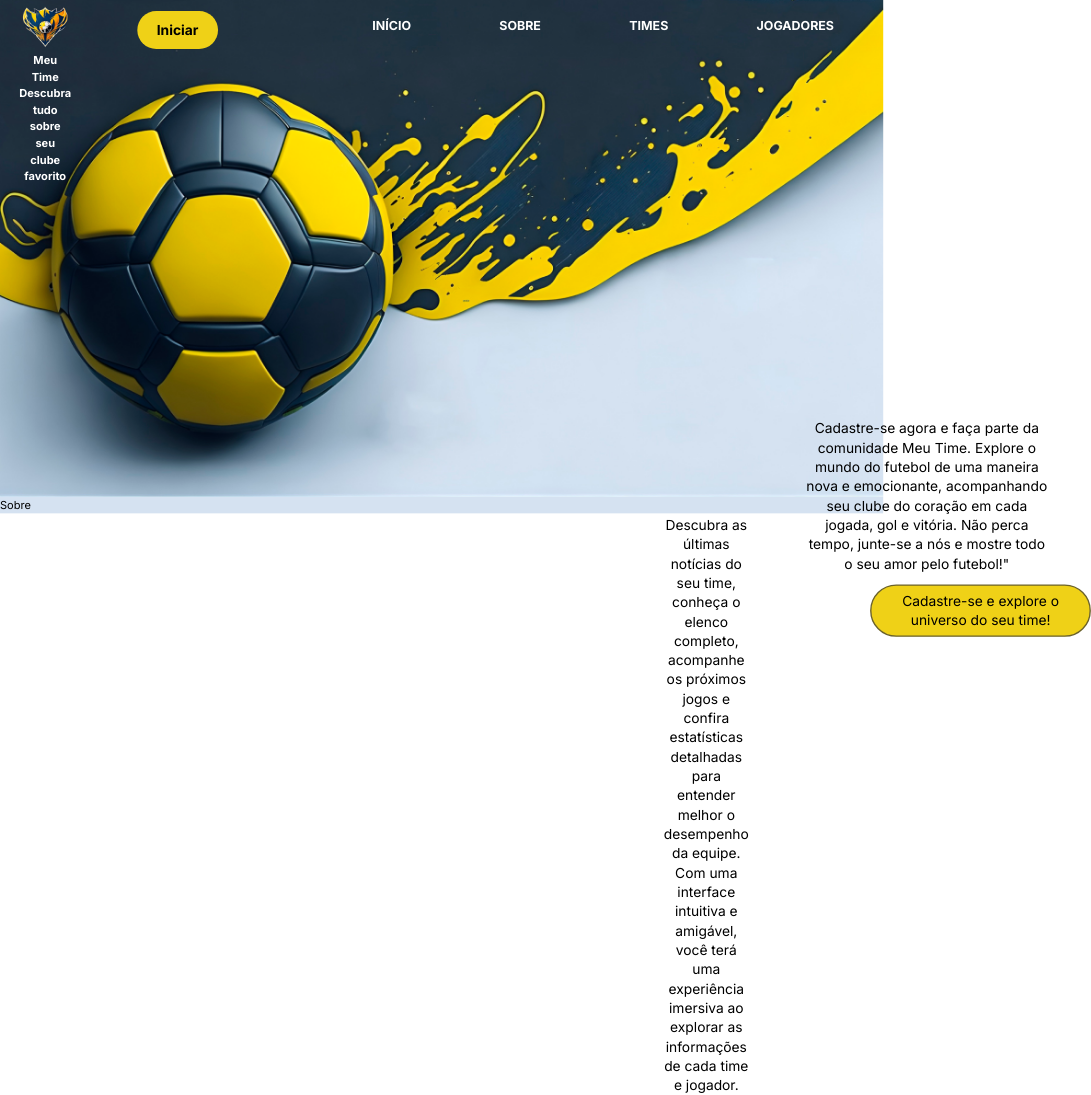
Repository: LuizAGDomingues/MeuTimeApp
Page: /
The author's editor kept a copy of each file at every save. The page is drawn from the files as they stood at one save, then again after a run of saves.
The browser window is 1280 px wide. The page is 1581 px wide, then 1521 px, so the pictures cover 1581 px, including what lies to the right of the window. The pictures show the whole page, at 69% of full size.
The project was rebuilt for these pictures with package versions that can differ from the ones it lists, and the page was loaded fresh each time. The framework's server and built-in components were replaced by stand-ins that run in the browser. Also part of the build but not shown: next.config.js.

Above is the page before, as saved 2023-05-22 14:05:47.

### src/app/layout.tsx
import './globals.css'
import { Inter } from 'next/font/google'

const inter = Inter({ subsets: ['latin'] })

export const metadata = {
  title: 'Trade test - Football API',
  description: 'Test para vaga front-end da Trade Technology',
}

export default function RootLayout({
  children,
}: {
  children: React.ReactNode
}) {
  return (
    <html lang="pt-br">
      <body className={inter.className}>{children}</body>
    </html>
  )
}

### src/app/page.tsx
import Header from "@/components/Header";
import LoginDialog from "@/components/LoginDialog";

export default function Home() {
  return (
    <>
      <main className="w-full h-screen">
        <Header />
        <div className="flex">
          <p className="text-xl text-center w-[410px] ml-[962px] mt-[480px]">Descubra as últimas notícias do seu time, conheça o elenco completo, acompanhe os próximos jogos e confira estatísticas detalhadas para entender melhor o desempenho da equipe. Com uma interface intuitiva e amigável, você terá uma experiência imersiva ao explorar as informações de cada time e jogador.</p>
          <div className="flex flex-col w-[356px] ml-20 mt-[340px]">
            <p className="text-xl text-center ">Cadastre-se agora e faça parte da comunidade Meu Time. Explore o mundo do futebol de uma maneira nova e emocionante, acompanhando seu clube do coração em cada jogada, gol e vitória. Não perca tempo, junte-se a nós e mostre todo o seu amor pelo futebol!"</p>
            <LoginDialog text="Cadastre-se e explore o universo do seu time!" className="font-normal w-80 text-base border-2 border-[#6B622B]"/>
          </div>
        </div>
      </main>
      <section id="sobre" className="bg-[#d5e2f1]">
        Sobre
      </section>
    </>
  )
}

### src/app/globals.css
@tailwind base;
@tailwind components;
@tailwind utilities;

main {
  background-image: url('../assets/background.png');
  background-size: cover;
  background-repeat: no-repeat;
}

### src/components/Header.tsx
import React from 'react'
import LoginDialog from './LoginDialog'
import logo from '../assets/logo.png'
import Image from 'next/image'
import NavigationElement from './NavigationElement'

function Header() {
  return (
    <div className='flex'>
      <div className='flex flex-col items-center ml-7'>
        <Image src={logo} alt='Logo exemplo'/>
        <span className='text-white font-bold text-center'>Meu Time<br/>Descubra tudo sobre seu clube favorito</span>
      </div>
      <LoginDialog text='Iniciar' className='h-[55px]' />
      <div className='flex justify-between gap-32 mt-6 h-7'>
        <NavigationElement href='/' text='Início' />
        <NavigationElement href='/#sobre' text='Sobre' />
        <NavigationElement href='/times' text='Times' />
        <NavigationElement href='/jogadores' text='Jogadores' />
        <NavigationElement href='/estatisticas' text='Estatísticas' />
      </div>

    </div>
  )
}

export default Header

### src/components/LoginDialog.tsx
import React from 'react'

interface LoginDialogProps {
  className?: string,
  text: string
}

function LoginDialog(props: LoginDialogProps) {
  return (
    <button className={`bg-[#EFD117] rounded-full mt-4 ml-24 mr-56 px-7 py-2 text-black font-bold text-xl ${props.className}`}>{props.text}</button>
  )
}

export default LoginDialog

### src/components/NavigationElement.tsx
import Link from 'next/link'
import React from 'react'

interface NavigationElementProps {
  href: string;
  text: string;
}

export default function NavigationElement(props: NavigationElementProps) {
  return (
    <Link href={props.href} className='font-bold text-lg text-white uppercase hover:text-[#EFD117] transition-all'>{props.text}</Link>
  )
}

Loaded but not shown: tailwind.config.js (common file)

After the next 2 saves:
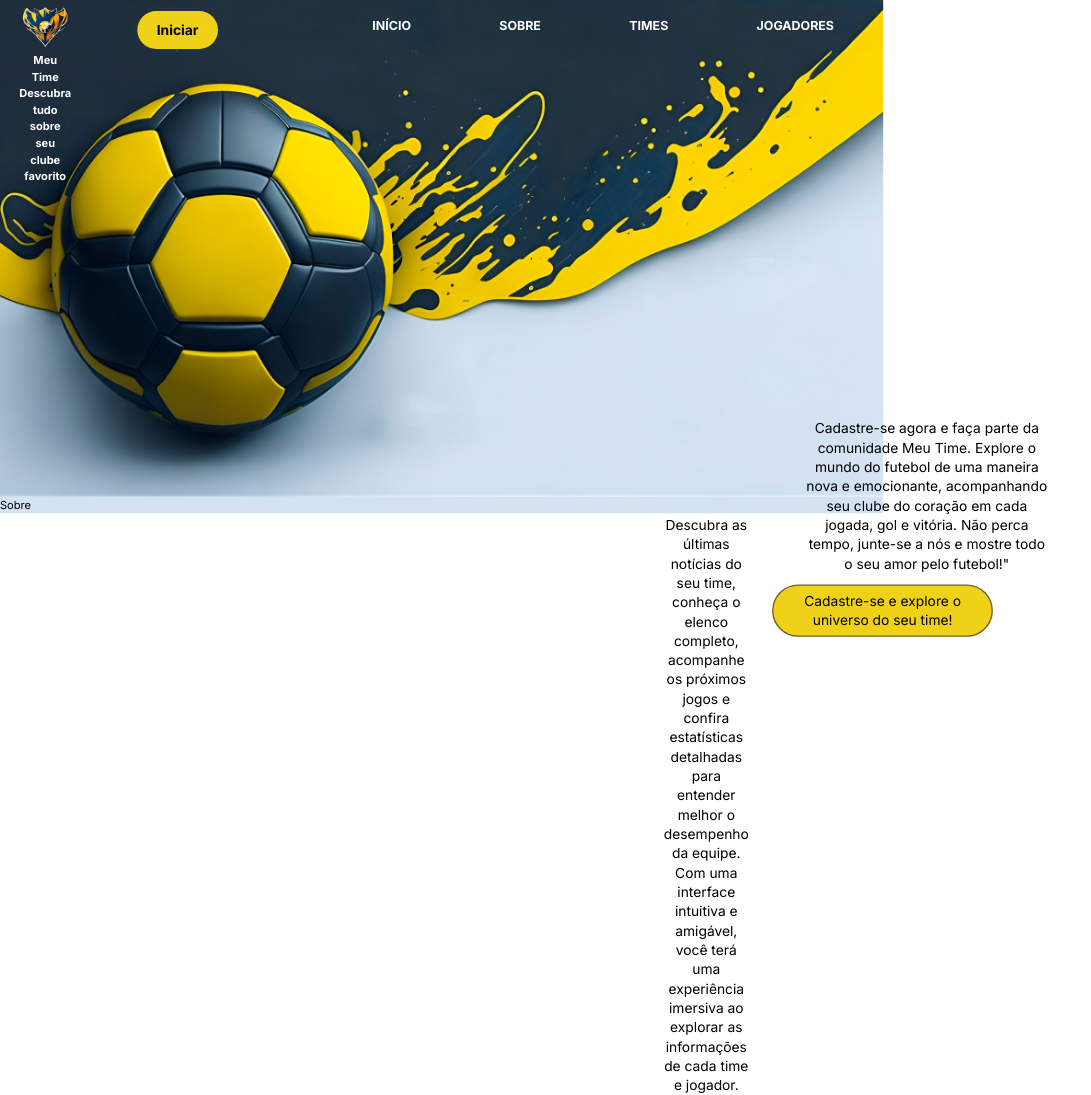
The 2 saves are shown as one change because they came seconds apart.
The last was saved 19 s later.
--- a/src/app/page.tsx
+++ b/src/app/page.tsx
@@ -8,7 +8,7 @@
         <Header />
         <div className="flex">
           <p className="text-xl text-center w-[410px] ml-[962px] mt-[480px]">Descubra as últimas notícias do seu time, conheça o elenco completo, acompanhe os próximos jogos e confira estatísticas detalhadas para entender melhor o desempenho da equipe. Com uma interface intuitiva e amigável, você terá uma experiência imersiva ao explorar as informações de cada time e jogador.</p>
-          <div className="flex flex-col w-[356px] ml-20 mt-[340px]">
+          <div className="flex flex-col items-center w-[356px] ml-20 mt-[340px]">
             <p className="text-xl text-center ">Cadastre-se agora e faça parte da comunidade Meu Time. Explore o mundo do futebol de uma maneira nova e emocionante, acompanhando seu clube do coração em cada jogada, gol e vitória. Não perca tempo, junte-se a nós e mostre todo o seu amor pelo futebol!"</p>
             <LoginDialog text="Cadastre-se e explore o universo do seu time!" className="font-normal w-80 text-base border-2 border-[#6B622B]"/>
           </div>
